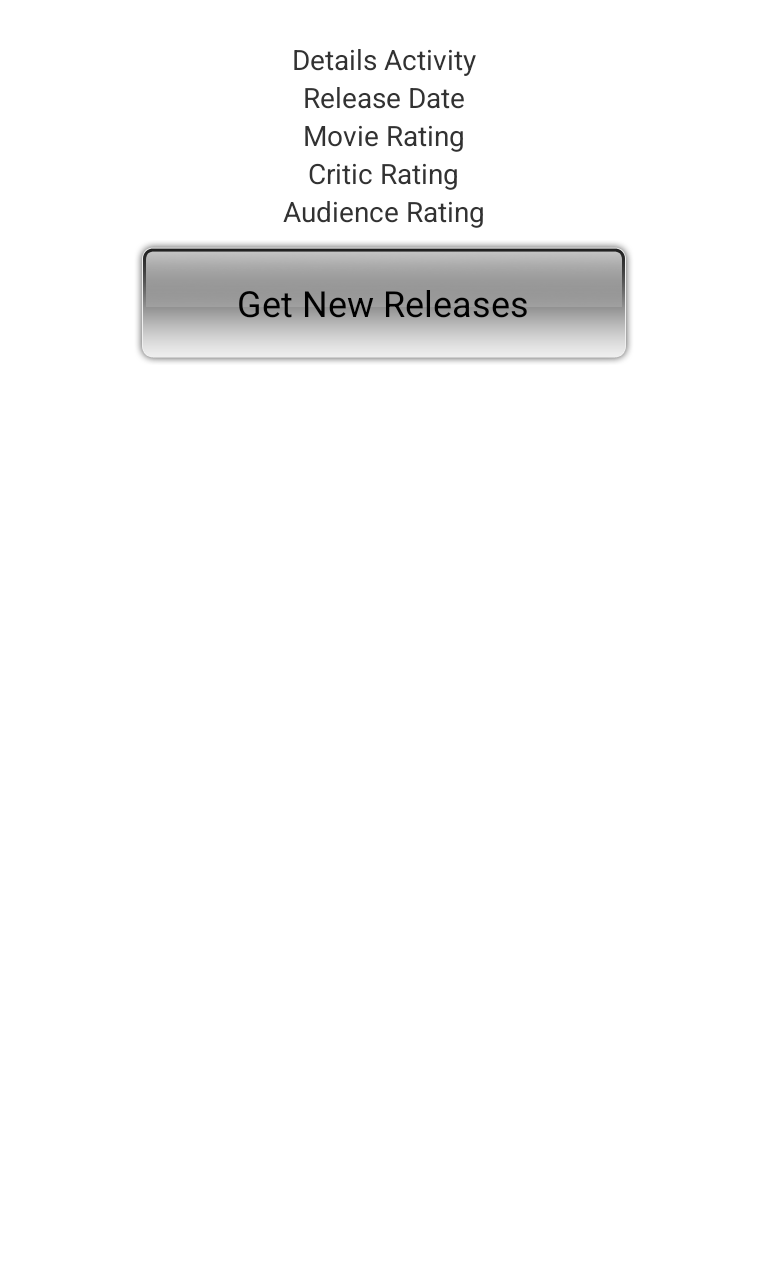
Repository: efreestone/Java2_Freestone
Layout: Java2Project2/res/layout/activity_details.xml
The author's editor kept a copy of each file at every save. The layout is drawn from the files as they stood at one save, then again after the next save.
It is drawn on a 768 x 1280 px phone screen (xhdpi) without system bars, with theme AppTheme; the app's code is not run.

Above is the layout before, as saved 2014-05-15 21:12:35.

After the next save:
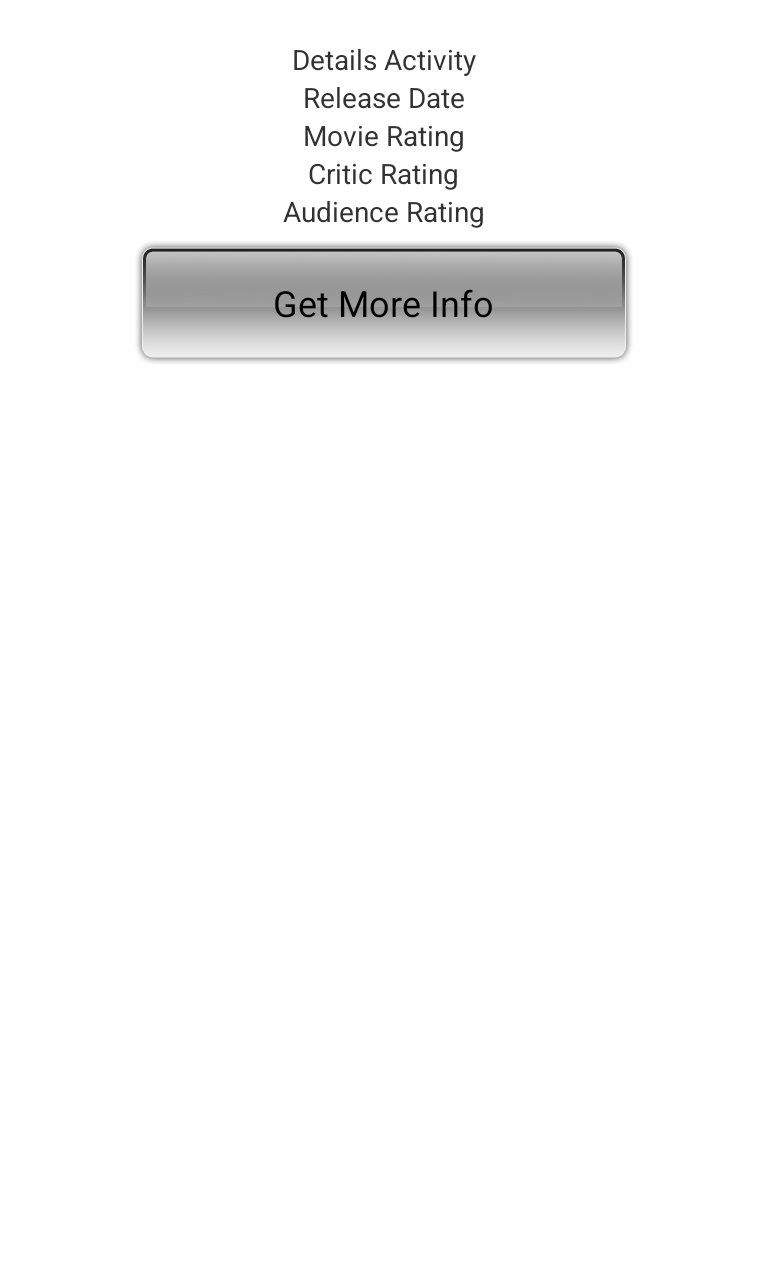
Saved 42 s later.
--- a/Java2Project2/res/layout/activity_details.xml
+++ b/Java2Project2/res/layout/activity_details.xml
@@ -44,7 +44,7 @@
         android:layout_margin="5dp"
         android:background="@drawable/button_background"
         android:clickable="true"
-        android:text="@string/buttonString"
+        android:text="@string/moreInfoButtonString"
         android:width="250dp" />
 
 </LinearLayout>
